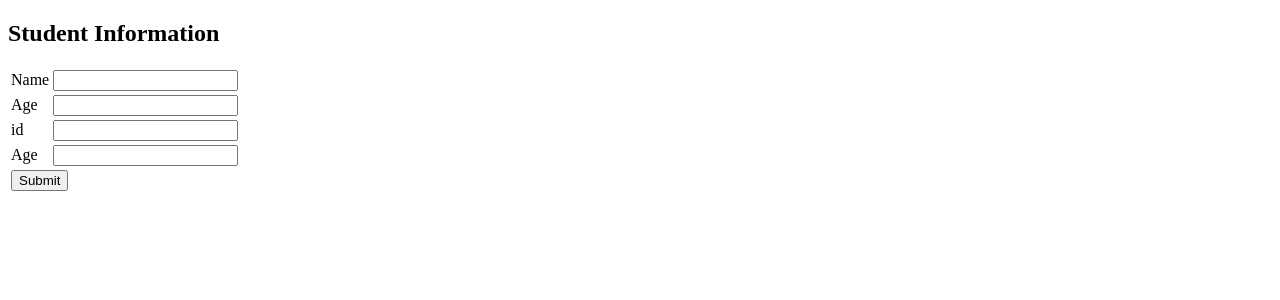
Repository: akashbadave7/SpringMVC
Page: http://localhost/SpringDemo/student
An editor plug-in stored every save of this project. The page is shown before and after the next save, followed by the edit.
The browser window is 1280 px wide. The pictures show the whole page.
The page is served by Tomcat 9.

Above is the page before, as saved 2017-11-03 11:27:47.

After the next save:
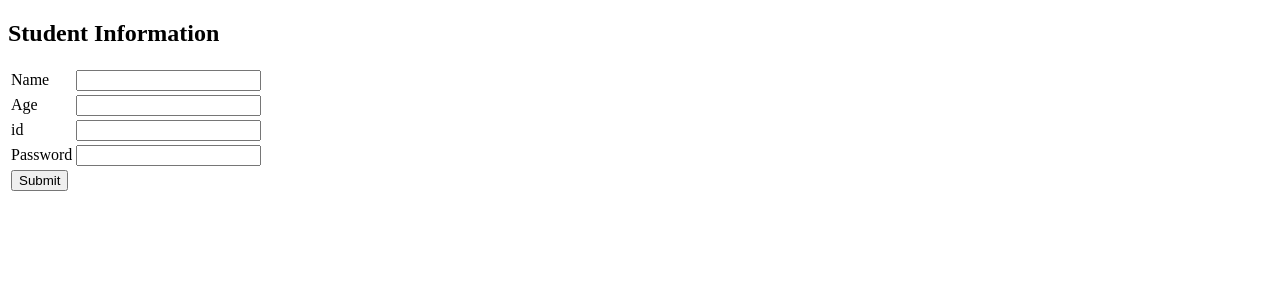
Saved 73 s later.
--- a/SpringDemo/src/main/webapp/WEB-INF/jsp/student.jsp
+++ b/SpringDemo/src/main/webapp/WEB-INF/jsp/student.jsp
@@ -24,7 +24,7 @@
                <td><form:input path = "id" /></td>
             </tr>
              <tr>
-               <td><form:label path = "password">Age</form:label></td>
+               <td><form:label path = "password">Password</form:label></td>
                <td><form:password path = "password" /></td>
             </tr>
             <tr>
